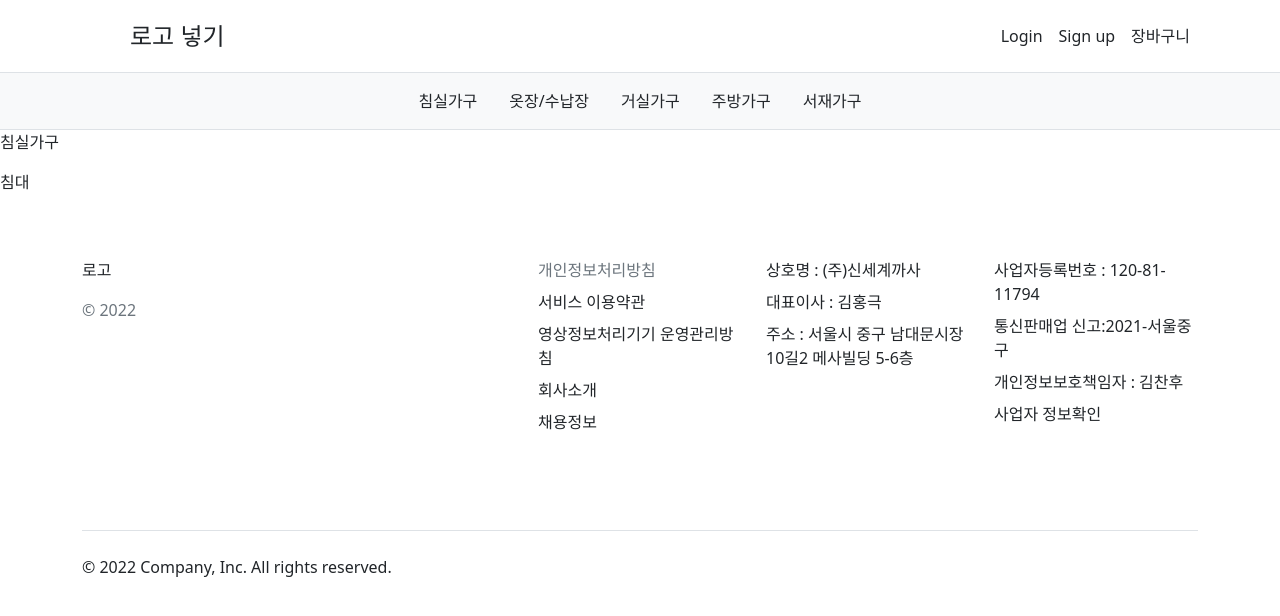
Repository: raoniee/Elice-House-Project
Page: FE/views/pages/main/itemlist.html
An editor plug-in stored every save of this project. The page is shown before and after the next save, followed by the edit.
The browser window is 1280 px wide. The pictures show the whole page.

Above is the page before, as saved 2023-07-06 12:55:25.

After the next save:
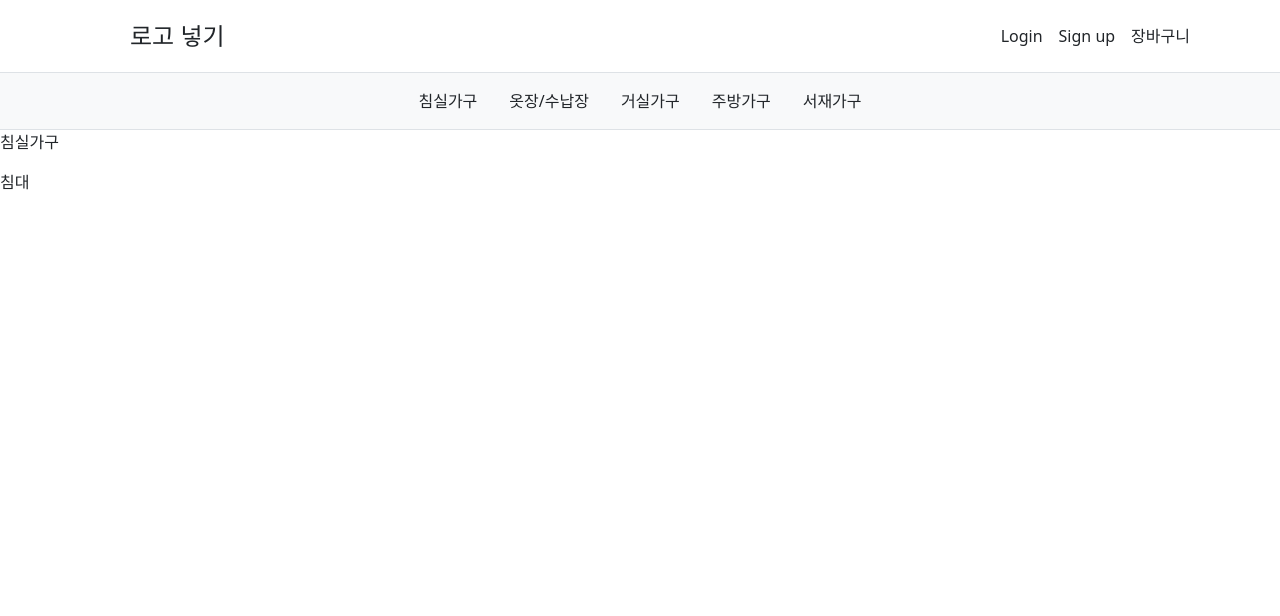
Console error: ReferenceError: drawFooter is not defined
Saved 39 s later.
--- a/FE/views/pages/main/main.js
+++ b/FE/views/pages/main/main.js
@@ -1,5 +1,4 @@
-import { drawHeader, drawFooter } from "../../../utils/index.js";
-//import { drawHeader } from "../../header.js";
+import { drawHeader } from "../../components/header/header.js";
 
 drawHeader();
 drawFooter();
